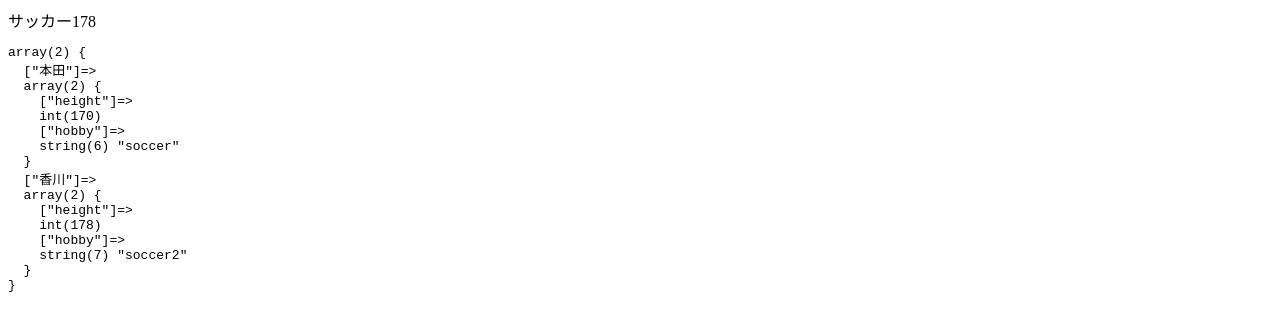
Repository: shimomura2020goout/phptest-240302
Page: http://localhost/12-index.php
The author's editor kept a copy of each file at every save. The page is drawn from the files as they stood at one save, then again after the next save.
The browser window is 1280 px wide. The pictures show the whole page.
The page is run by PHP 8.4 with error messages shown; the project is at /var/www/html/.

Above is the page before, as saved 2024-03-03 17:52:32.

### 12-index.php
<?php

$array_member = [
  'name'=> 'シモムラ',
  'height' => 188,
  'hobby' => 'サッカー'
];

echo $array_member['hobby'];



$array_member_2 = [
  '本田'=> [
    'height' => 170,
    'hobby' => 'soccer',
  ],
  '香川'=> [
    'height' => 178,
    'hobby' => 'soccer2',  ]
];

echo $array_member_2['香川']['height'];

echo '<pre>';
var_dump($array_member_2);
echo '</pre>';

?>

After the next save:
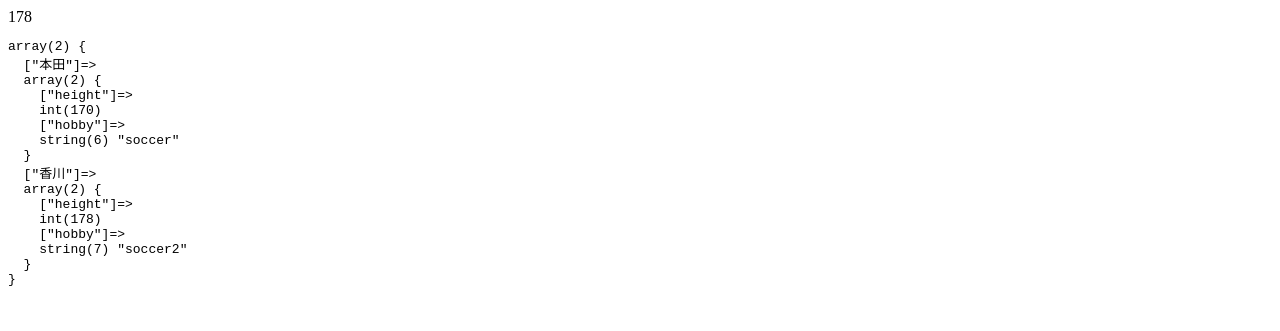
Saved 15 s later.
--- a/12-index.php
+++ b/12-index.php
@@ -6,7 +6,7 @@ $array_member = [
   'hobby' => 'サッカー'
 ];
 
-echo $array_member['hobby'];
+// echo $array_member['hobby'];
 
 
 
